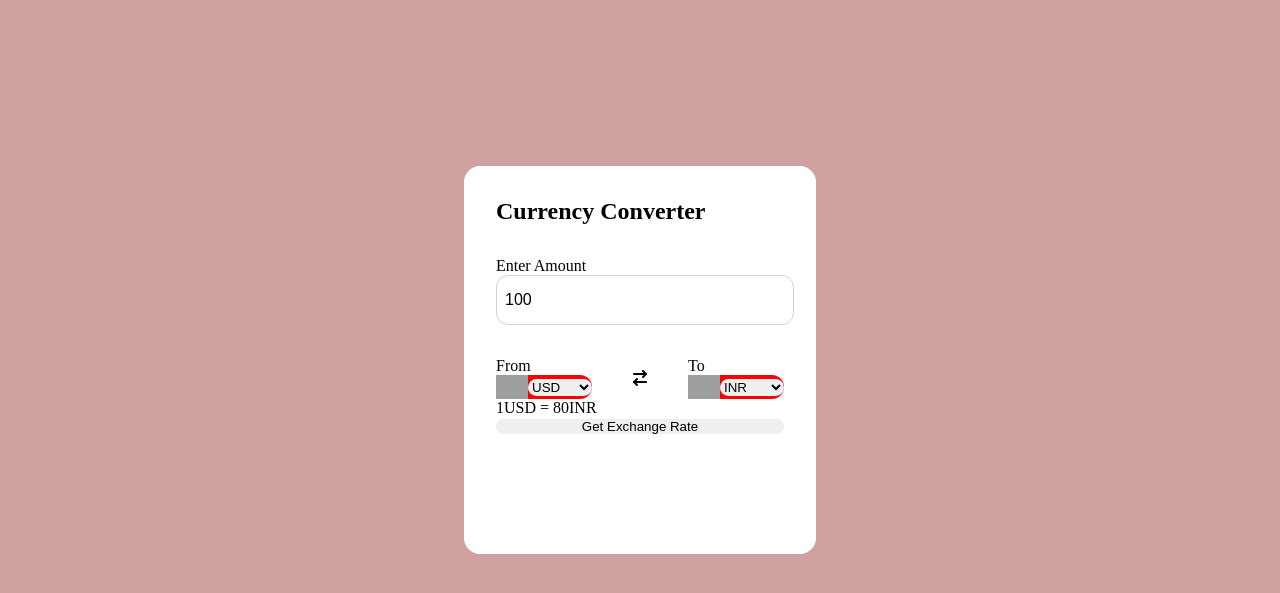
Repository: Chiranshukapil/Currency-Converter
Page: index.html
The author's editor kept a copy of each file at every save. The page is drawn from the files as they stood at one save, then again after the next save.
The browser window is 1280 px wide. The pictures show the whole page.
Pictures or frames that could not be fetched are drawn as grey boxes.

Above is the page before, as saved 2024-07-01 04:29:41.

After the next save:
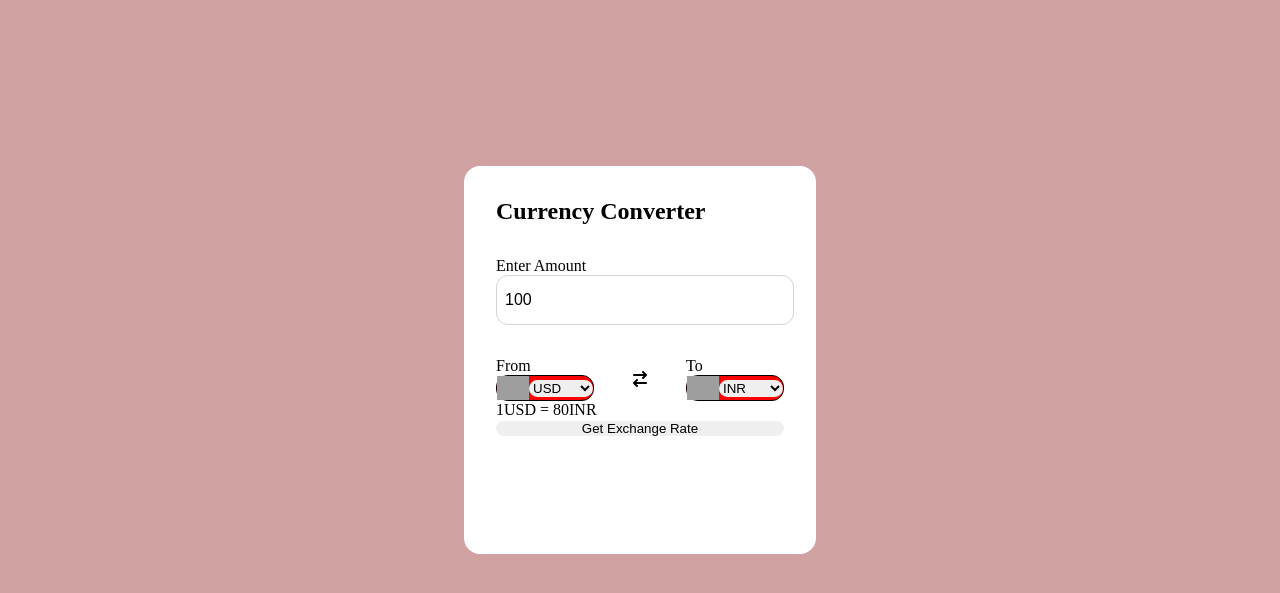
Saved 11 s later.
--- a/style.css
+++ b/style.css
@@ -60,5 +60,6 @@ form input{
     align-items: center;
     width: 6rem;
     border-radius: 0.75rem;
+    border: 1px solid ;
     background-color: red;
 }
